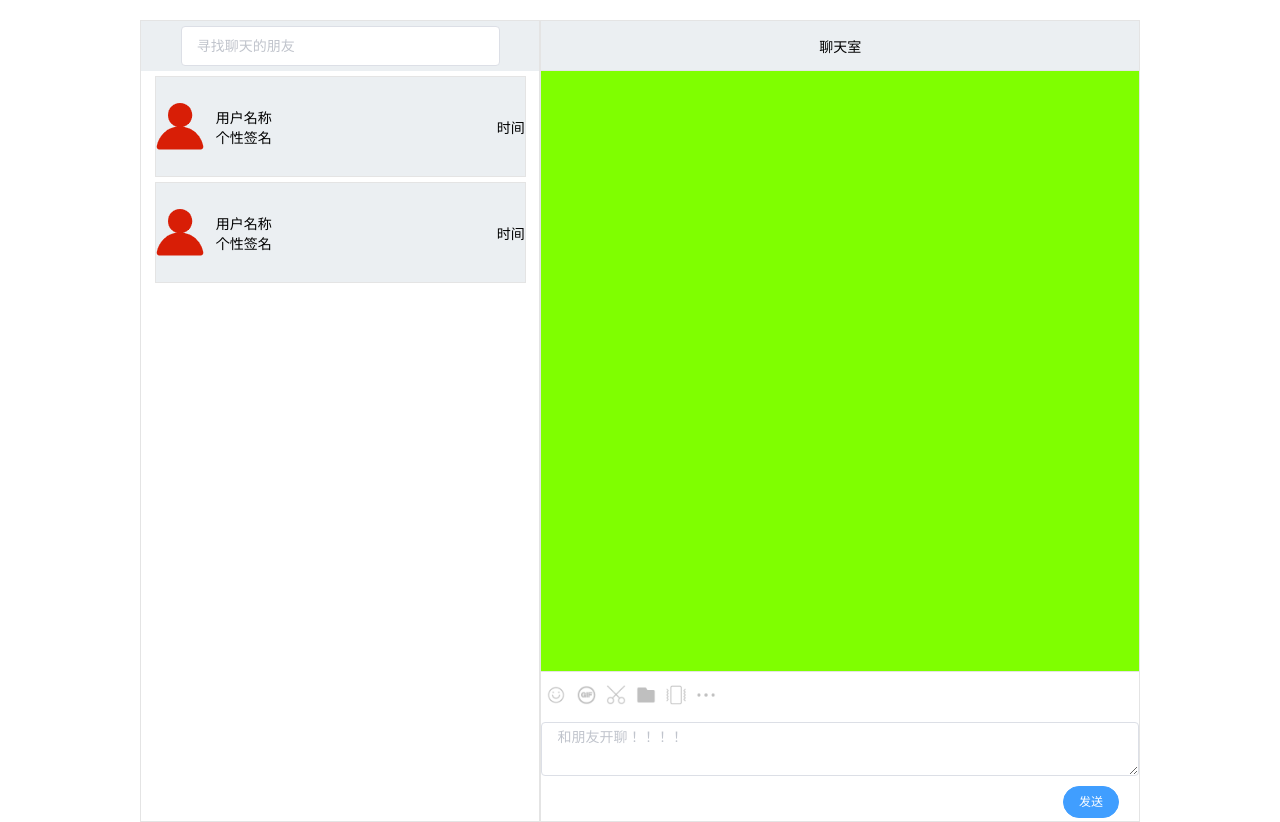
Repository: jinggegeZ/livechat
Page: /
The author's editor kept a copy of each file at every save. The page is drawn from the files as they stood at one save, then again after the next save.
The browser window is 1280 px wide. The pictures show the whole page.
The project was rebuilt for these pictures with package versions that can differ from the ones it lists, and the page was loaded fresh each time.

Above is the page before, as saved 2020-08-17 13:27:57.

### src/main.js
import Vue from 'vue'
import App from './App.vue'
import router from './router'
import store from './store'
import ElementUI from 'element-ui';
import 'element-ui/lib/theme-chalk/index.css';

Vue.config.productionTip = false
Vue.use(ElementUI);
new Vue({
  router,
  store,
  render: h => h(App)

}).$mount('#app')

### src/App.vue
<template>
  <div id="app">

    <router-view/>
  </div>
</template>

<style lang="scss">
*{
  margin: 0;
  padding: 0;
}
</style>

### src/views/Home.vue
<template>
  <div class="content">
    <div class="content-c">
      <div class="box">
        <!-- 用户信息 -->
        <div class="box1">
          <!-- 搜索用户名字 -->
          <div class="boxsearch">
          <div class="boxsearch1"><el-input v-model="input" placeholder="寻找聊天的朋友"></el-input></div>
          </div>
          <!-- 信息盒子 -->
          <div class="msgbox">
            <div class="box1-1">
              <div class="box1-1-1">
                <!-- 头像 -->
                <div class="img">
                  <img src="../../public/image/active-my.png" alt />
                </div>
                <!-- 用户信息 -->
                <div>
                  <div>用户名称</div>
                  <div>个性签名</div>
                </div>
              </div>
              <!-- 时间 -->
              <div>时间</div>
            </div>
          </div>
           <div class="msgbox">
            <div class="box1-1">
              <div class="box1-1-1">
                <!-- 头像 -->
                <div class="img">
                  <img src="../../public/image/active-my.png" alt />
                </div>
                <!-- 用户信息 -->
                <div>
                  <div>用户名称</div>
                  <div>个性签名</div>
                </div>
              </div>
              <!-- 时间 -->
              <div>时间</div>
            </div>
          </div>
        </div>
        <!-- 聊天信息 -->
        <div class="box2">
          <div class="box2-1">
            <div class="box2-1-top">聊天室</div>
            <div class="box2-1-body"></div>
          </div>
          <div class="box2-2">
            <div class="box2-2-1">
              <div>
                <img class="img1" src="../../public/image/small.png" alt />
              </div>
              <div>
                <img class="img1" src="../../public/image/GIF.png" alt />
              </div>
              <div>
                <img class="img1" src="../../public/image/chose.png" alt />
              </div>
              <div>
                <img class="img1" src="../../public/image/word.png" alt />
              </div>
              <div>
                <img class="img1" src="../../public/image/move.png" alt />
              </div>
              <div>
                <img class="img1" src="../../public/image/more.png" alt />
              </div>
            </div>
            <div class="box2-2-2">
              <el-input
                type="textarea"
                v-model="textarea"
                placeholder="和朋友开聊！！！！"
                :autosize="{ minRows: 2, maxRows: 4}"
              ></el-input>
            </div>
            <div class="box2-2-3">
                <div class="box2-2-3-1"> <el-button type="primary" round size="small">发送</el-button></div>
            </div>
          </div>
        </div>
      </div>
    </div>
  </div>
</template>

<script>
export default {
  name: "",
  props: {},
  components: {},
  data() {
    return {
      input: "",
      textarea: "",
    };
  },
  methods: {},
  mounted() {},
  watch: {},
  computed: {},
};
</script>

<style scoped lang='scss'>
.content {
  width: 100%;
  display: flex;
  justify-content: center;
  font-size: 14px;
}
.content-c {
  width: 95%;
  display: flex;
  justify-content: center;
  align-items: center;
}
.box {
  width: 1000px;
  height: 800px;
  background: white;
  display: flex;
  margin-top: 20px;

}
.box1 {
  flex: 4;
  height: 100%;
  border: 1px solid rgb(228, 228, 228);

}
.boxsearch {
  width: 100%;
  height: 50px;
  display: flex;
  justify-content: center;
  align-items: center;
  background: rgb(235,239,242);
}
.boxsearch1 {
  width: 80%;
  height: 40px;
}
.msgbox {
  display: flex;
  justify-content: center;
  margin-bottom: 5px;
  margin: 5px;
}
.box1-1 {
  width: 95%;
  height: 99px;
  border: 1px solid rgb(228, 228, 228);
  display: flex;
  align-items: center;
  justify-content: space-between;
  background: rgb(235,239,242);
}
.box1-1-1 {
  display: flex;
  align-items: center;
  height: 100%;
}
.img {
  width: 50px;
  height: 50px;
  border-radius: 50%;
  margin-right: 10px;
}
.img1 {
  width: 20px;
  height: 20px;
  margin: 5px;
}
.box2 {
  flex: 6;
  height: 100%;
  position: relative;
  border: 1px solid rgb(228, 228, 228);
}
.box2-2 {
  position: absolute;
  bottom: 0;
  width: 100%;
  height: 149px;
  z-index: 1;
  border-top: 1px solid rgb(228, 228, 228);
}
.box2-1-top {
  width: 100%;
  height: 49px;
  border-bottom: 1px solid rgb(228, 228, 228);
  display: flex;
  justify-content: center;
  align-items: center;
  background: rgb(235, 239, 242);
}
.box2-1-body {
  width: 100%;
  height: 600px;
  background: chartreuse;
}
.box2-2-1 {
  width: 100%;
  height: 50px;
  display: flex;
  align-items: center;
}
.box2-2-2 {
  width: 100%;
  height: 60px;
}
.box2-2-3 {
  width: 100%;
  height: 40px;
  display: flex;
  align-items: center;
  justify-content: flex-end;
}
.box2-2-3-1 {
  margin-right: 20px;
}
</style>

Loaded but not shown: public/index.html (common file); src/router/index.js (common file); src/store/index.js (common file)

After the next save:
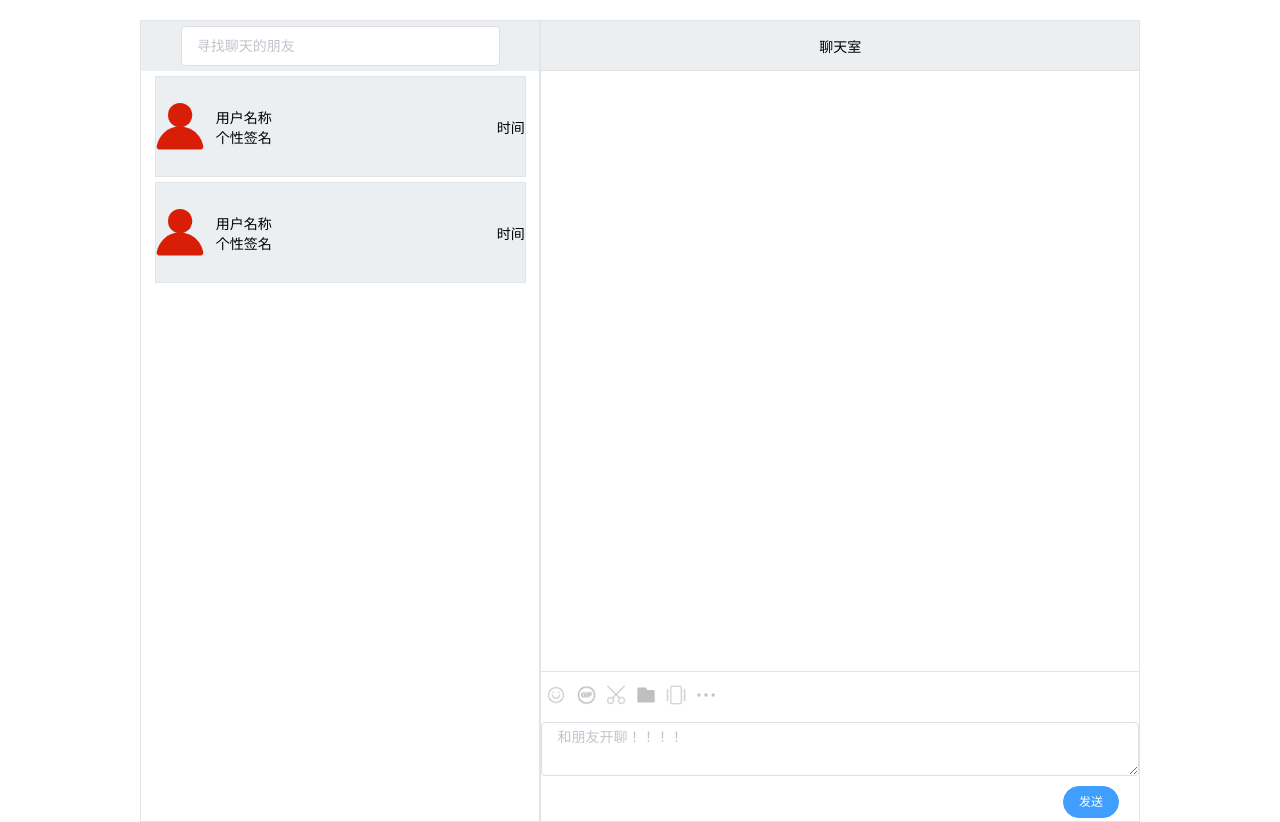
Saved 22 s later.
--- a/src/views/Home.vue
+++ b/src/views/Home.vue
@@ -203,7 +203,7 @@ export default {
 .box2-1-body {
   width: 100%;
   height: 600px;
-  background: chartreuse;
+
 }
 .box2-2-1 {
   width: 100%;
